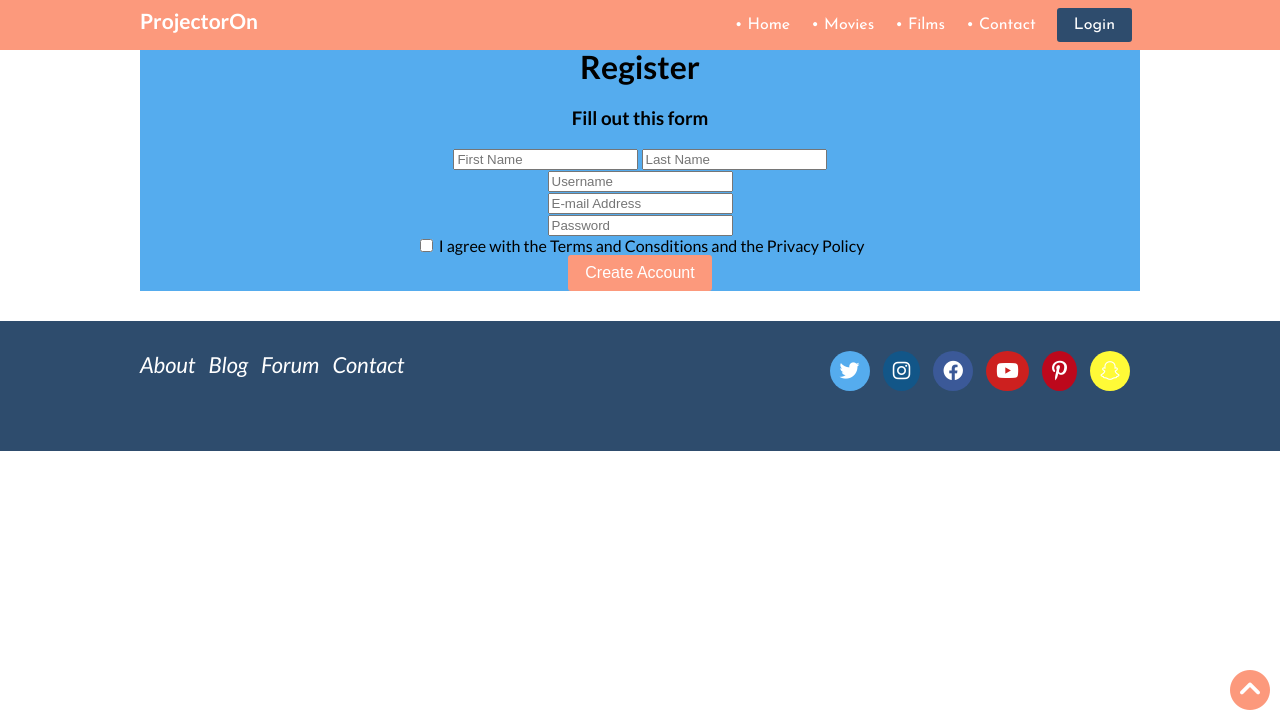
Repository: albayrakfatih/ProjectorOn_WebMovieApp
Page: register.html
The author's editor kept a copy of each file at every save. The page is drawn from the files as they stood at one save, then again after the next save.
The browser window is 1280 px wide. The pictures show the whole page.
Some web libraries are served in a nearby version.

Above is the page before, as saved 2023-04-30 01:44:26.

After the next save:
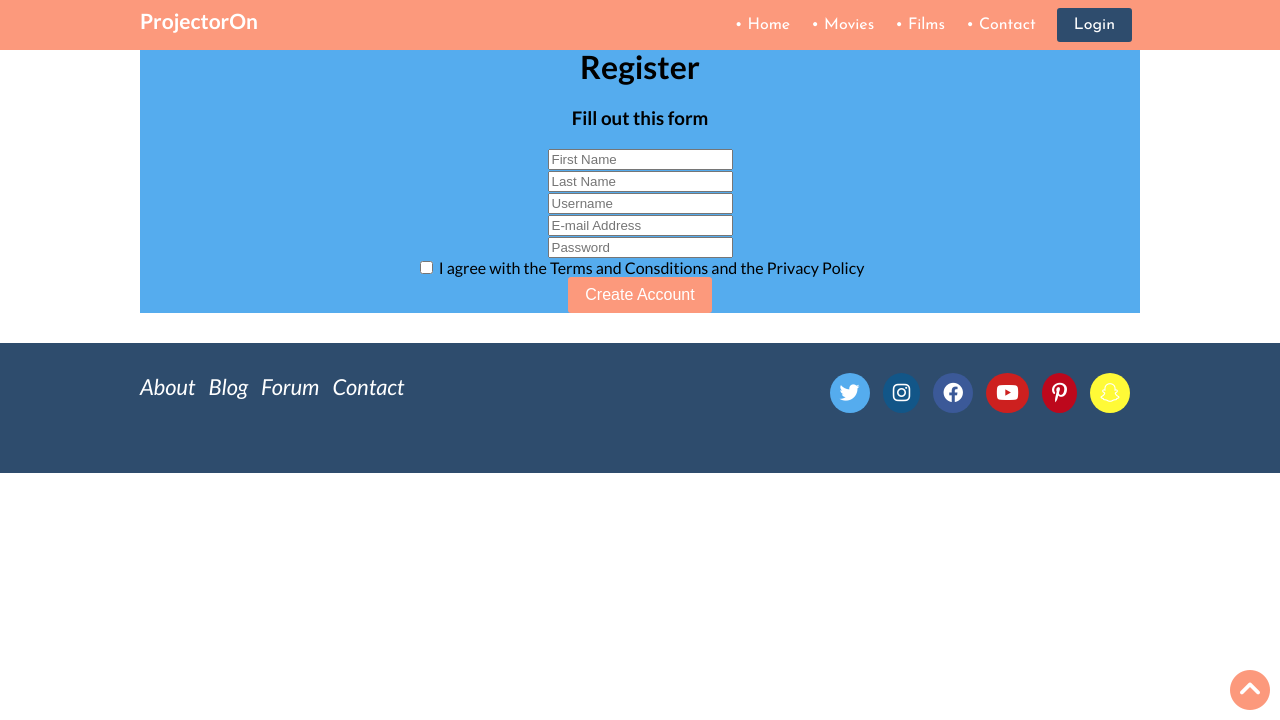
Saved 61 s later.
--- a/register.html
+++ b/register.html
@@ -48,7 +48,7 @@
                 <h1>Register</h1>
                 <h3>Fill out this form</h2>
                 <form action="" class="signup-form">
-                    <input type="text" id="firstname" placeholder="First Name">
+                    <input type="text" id="firstname" placeholder="First Name"><br>
                     <input type="text" id="lastname" placeholder="Last Name"><br>
                     <input type="text" id="username" placeholder="Username"><br>
                     <input type="email" id="email" placeholder="E-mail Address"><br>
